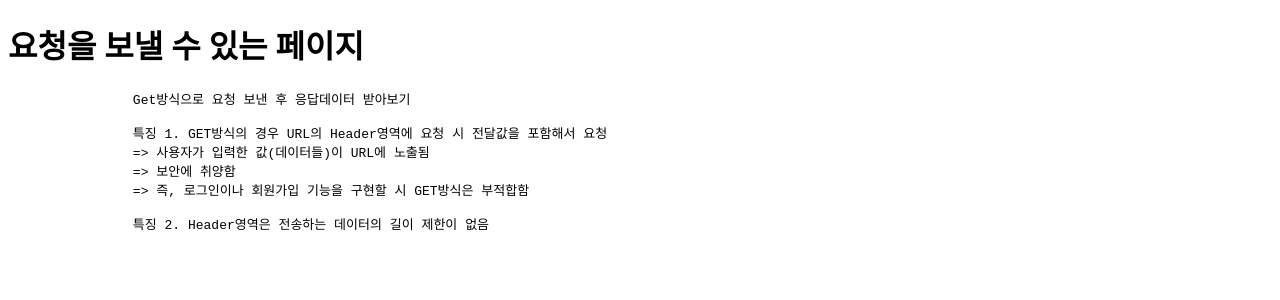
Repository: Simyoungdo04/dynamic-workspace
Page: FirstProject/src/main/webapp/views/request_get.html
The author's editor kept a copy of each file at every save. The page is drawn from the files as they stood at one save, then again after the next save.
The browser window is 1280 px wide. The pictures show the whole page.

Above is the page before, as saved 2026-05-04 03:40:46.

After the next save:
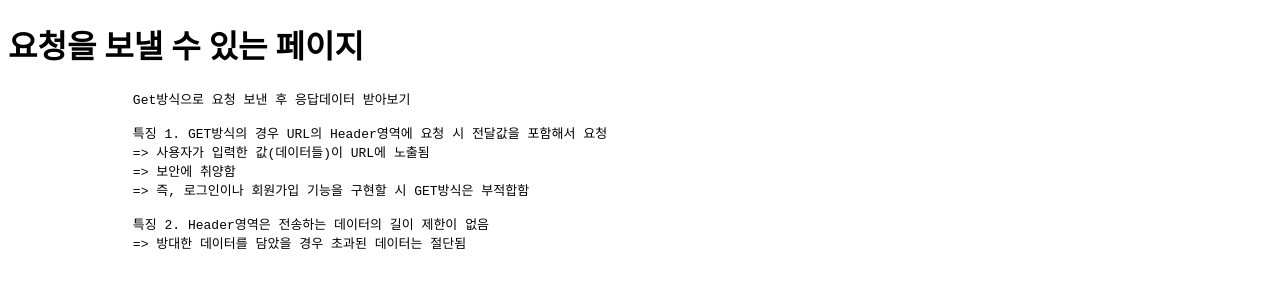
Saved 102 s later.
--- a/FirstProject/src/main/webapp/views/request_get.html
+++ b/FirstProject/src/main/webapp/views/request_get.html
@@ -17,6 +17,7 @@
 		=> 즉, 로그인이나 회원가입 기능을 구현할 시 GET방식은 부적합함
 
 		특징 2. Header영역은 전송하는 데이터의 길이 제한이 없음
+		=> 방대한 데이터를 담았을 경우 초과된 데이터는 절단됨
 	</pre>
 
 </body>
